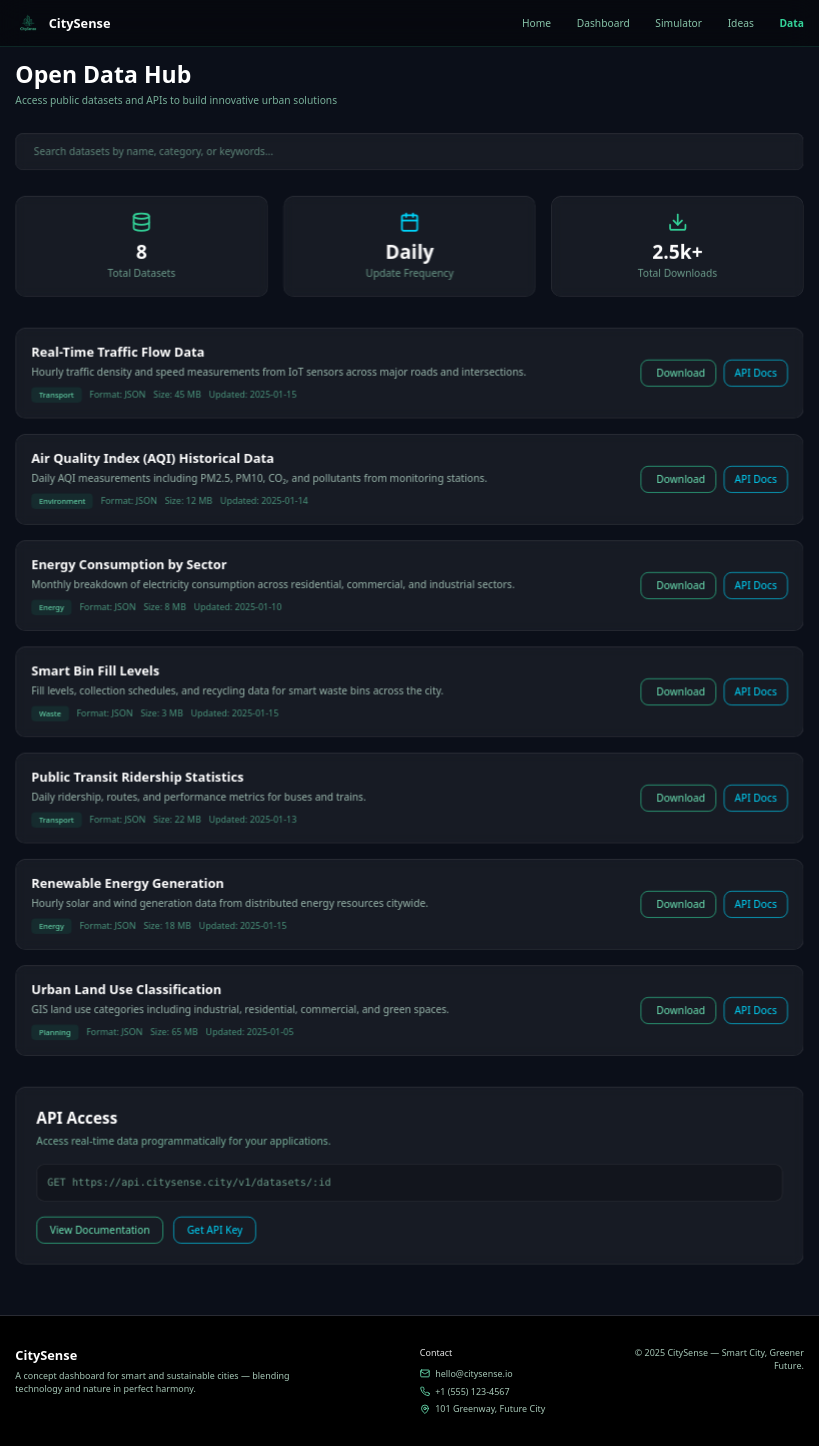
Repository: crashyet/CitySense
Page: /data
These files come from the project's save history. The page is drawn as it stood at one moment and after a run of saves; the edit follows.
The browser window is 1280 px wide. The pictures show the whole page, at 64% of full size.
The project was rebuilt for these pictures with package versions that can differ from the ones it lists, and the page was loaded fresh each time. Also part of the build but not shown: vite.config.js, src/pages/landing/Hero.jsx, src/pages/landing/DashboardPreview.jsx, src/pages/landing/Infographic.jsx, src/pages/landing/Community.jsx, src/pages/landing/index.jsx, src/components/EnergyPieChart.jsx, src/components/TrafficCongestionChart.jsx and 4 more.

Above is the page before, as saved 2025-11-18 15:52:21.

After the next 2 saves:
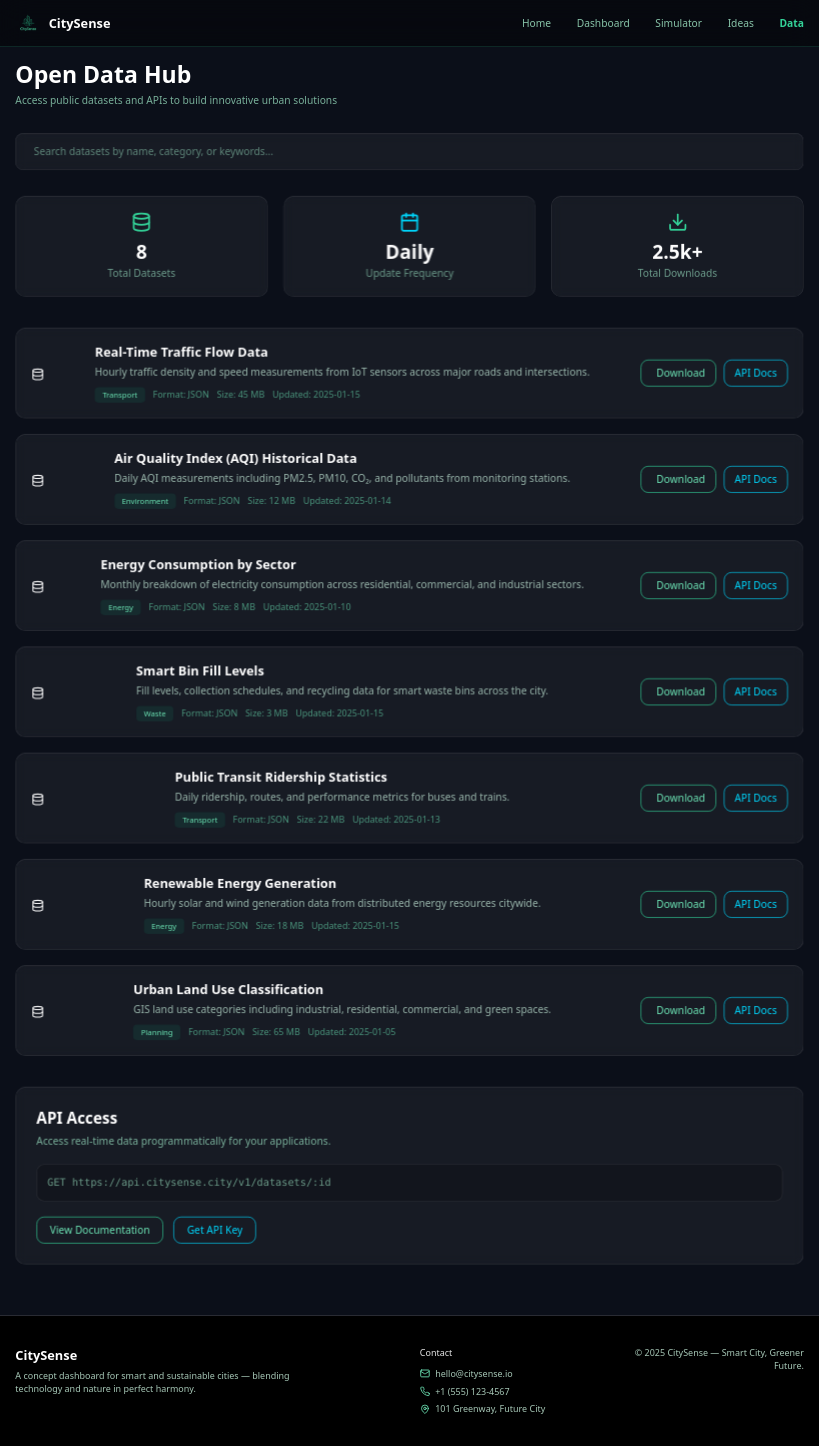
The 2 saves are shown as one change because they came seconds apart.
The last was saved 102 s later.
--- a/src/pages/Data/index.jsx
+++ b/src/pages/Data/index.jsx
@@ -156,6 +156,7 @@ export default function DataPage() {
                 className="p-6 bg-white/5 border border-white/10 rounded-2xl backdrop-blur"
               >
                 <div className="flex flex-col md:flex-row md:items-center justify-between gap-5">
+                  <svg xmlns="http://www.w3.org/2000/svg" width="24" height="24" viewBox="0 0 24 24" fill="none" stroke="currentColor" stroke-width="2" stroke-linecap="round" stroke-linejoin="round" class="lucide lucide-database h-5 w-5 text-secondary mt-1"><ellipse cx="12" cy="5" rx="9" ry="3"></ellipse><path d="M3 5V19A9 3 0 0 0 21 19V5"></path><path d="M3 12A9 3 0 0 0 21 12"></path></svg>
                   {/* LEFT */}
                   <div>
                     <h2 className="text-xl font-semibold">{item.title}</h2>
